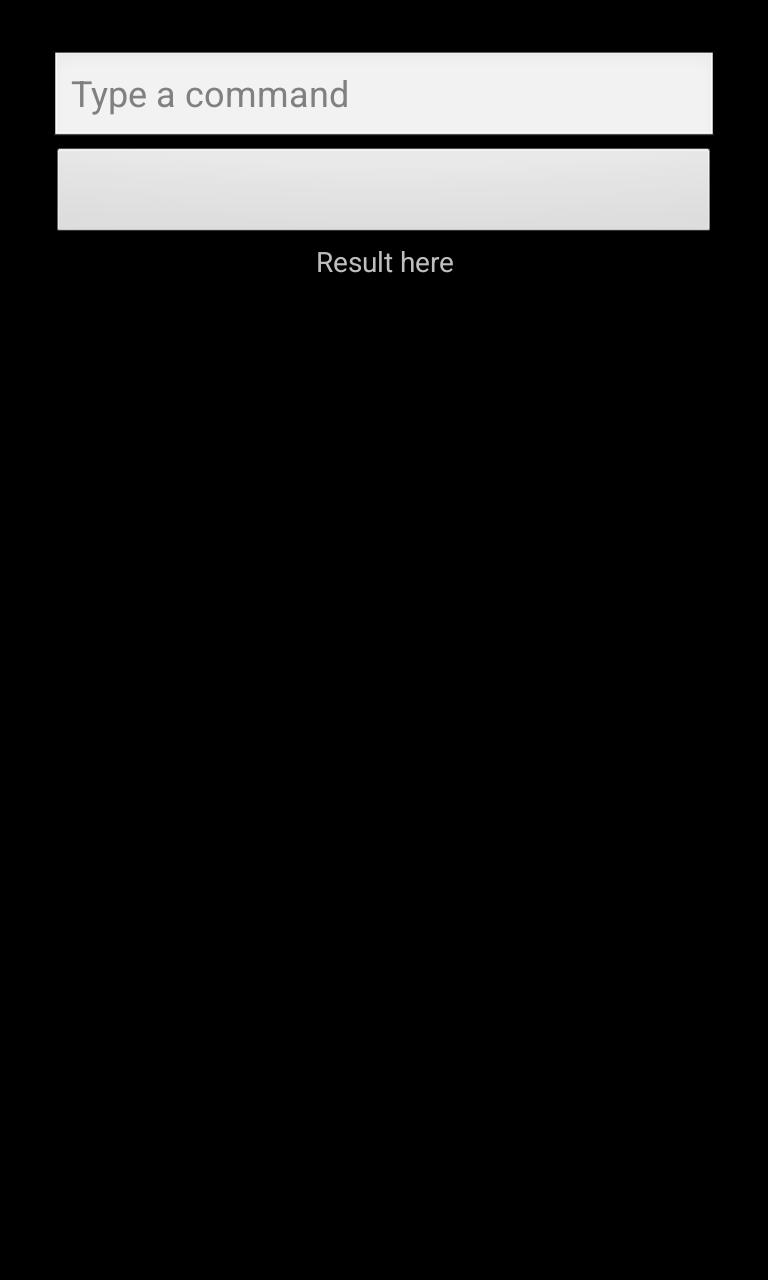
Repository: weisi94/androidapp
Layout: demoNabu/res/layout/text.xml
These files come from the project's save history. The layout is drawn as it stood at one moment and after the next save; the edit follows.
It is drawn on a 768 x 1280 px phone screen (xhdpi) without system bars, with theme android:Theme.NoTitleBar.Fullscreen; the app's code is not run.

Above is the layout before, as saved 2015-02-24 13:49:43.

After the next save:
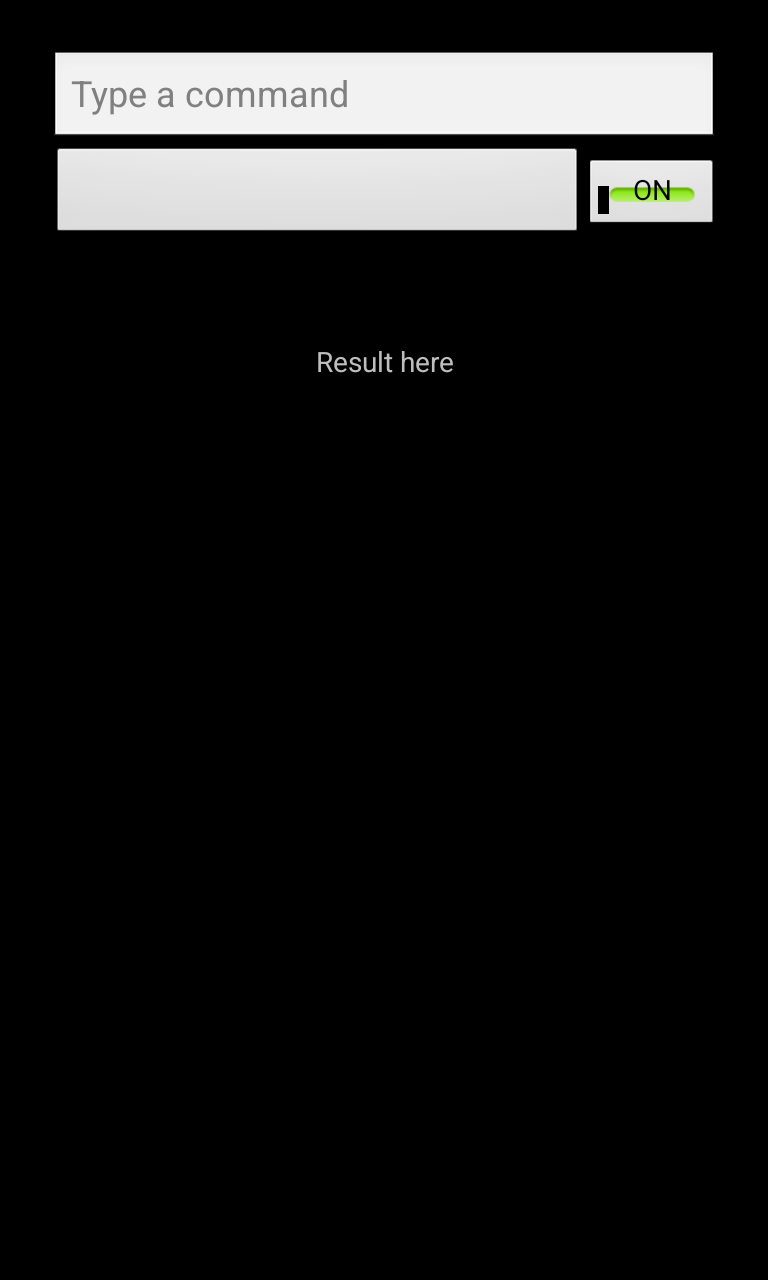
Saved 4 min 34 s later.
--- a/demoNabu/res/layout/text.xml
+++ b/demoNabu/res/layout/text.xml
@@ -3,25 +3,41 @@
     android:layout_width="match_parent"
     android:layout_height="match_parent"
     android:orientation="vertical"
-    android:padding="25dp">
+    android:padding="25dp" >
 
-<EditText
-    android:layout_width="fill_parent"
-    android:layout_height="wrap_content"
-    android:hint="Type a command"
-    android:id="@+id/etCommand"
-    />
-<Button
-    android:layout_width="fill_parent"
-    android:layout_height="wrap_content"
-    android:id="@+id/bSubmit"
-    />
-<TextView
-    android:layout_width="fill_parent"
-    android:layout_height="wrap_content"
-    android:gravity="center"
-    android:text="Result here"
-    android:id="@+id/tvResult"
-    />
+    <EditText
+        android:id="@+id/etCommand"
+        android:layout_width="fill_parent"
+        android:layout_height="wrap_content"
+        android:hint="Type a command" />
+
+    <LinearLayout
+        android:layout_width="match_parent"
+        android:layout_height="wrap_content"
+        android:orientation="horizontal"
+        android:weightSum="100" >
+
+        <Button
+            android:id="@+id/bSubmit"
+            android:layout_width="fill_parent"
+            android:layout_height="wrap_content"
+            android:layout_weight="20" />
+
+        <ToggleButton
+            android:id="@+id/tbToggle"
+            android:layout_width="fill_parent"
+            android:layout_height="wrap_content"
+            android:layout_weight="80"
+            android:checked="true"
+            android:paddingBottom="10dp" />
+    </LinearLayout>
+
+    <TextView
+        android:id="@+id/tvResult"
+        android:layout_width="fill_parent"
+        android:layout_height="wrap_content"
+        android:layout_marginTop="50dp"
+        android:gravity="center"
+        android:text="Result here" />
 
 </LinearLayout>
